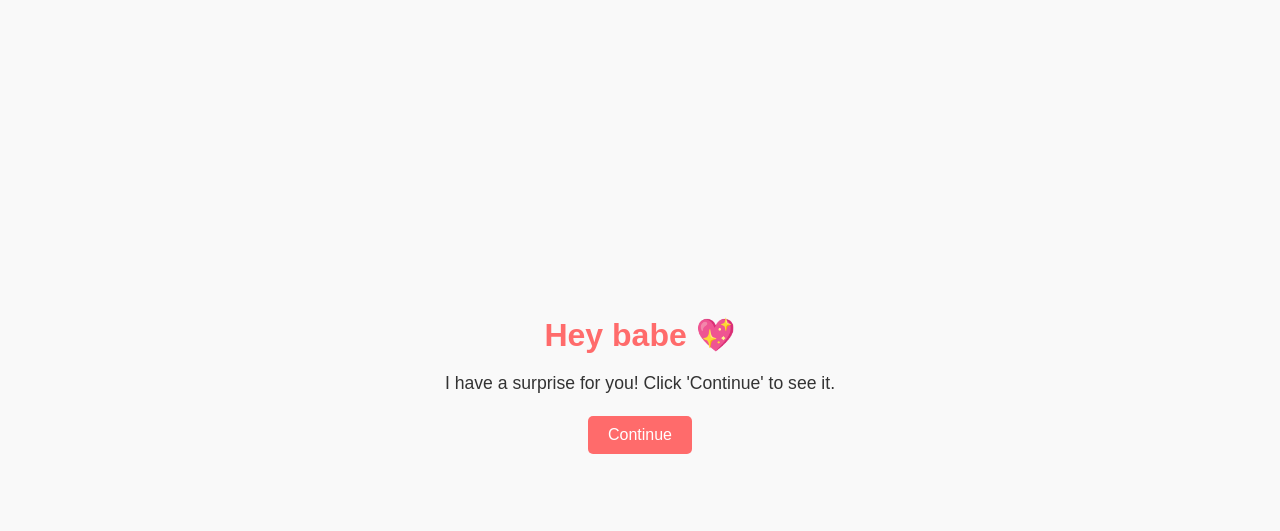
Repository: makanda596/s
Page: /
An editor plug-in stored every save of this project. The page is shown before and after the next save, followed by the edit.
The browser window is 1280 px wide. The pictures show the whole page.
The project was rebuilt for these pictures with package versions that can differ from the ones it lists, and the page was loaded fresh each time. Also part of the build but not shown: src/Gift.js, src/Dinner.js, src/Proposal.js.

Above is the page before, as saved 2024-11-13 14:24:22.

After the next save:
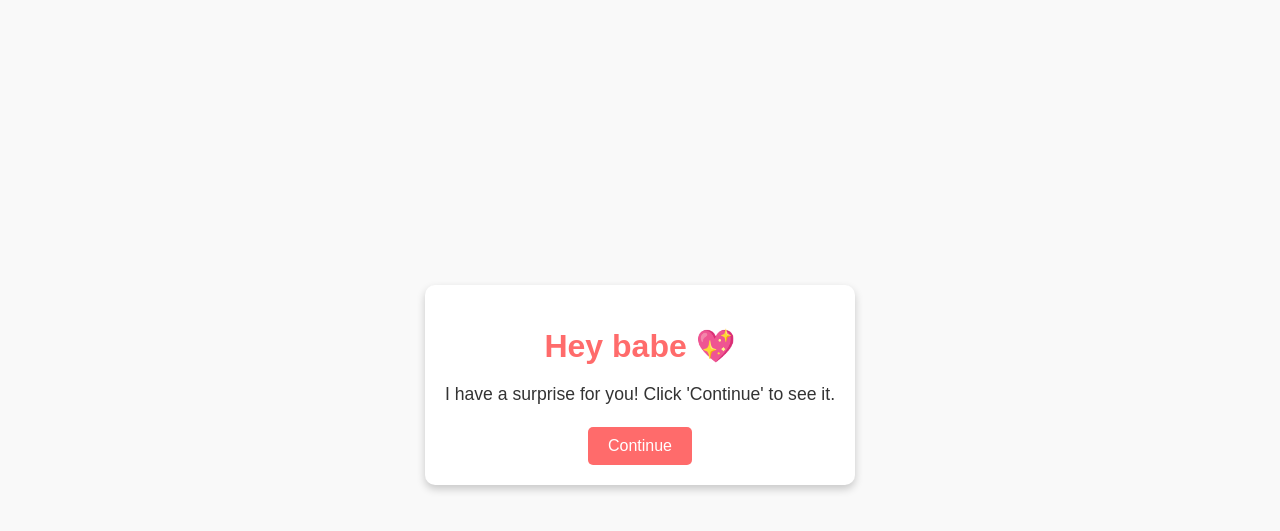
Saved 26 s later.
--- a/src/Home.js
+++ b/src/Home.js
@@ -2,7 +2,7 @@ import React from 'react';
 
 function Home({ nextStep }) {
     return (
-        <div style={{ textAlign: 'center', marginTop: '50px' }}>
+        <div className="container" style={{ textAlign: 'center', marginTop: '50px' }}>
             <h1>Hey babe 💖</h1>
             <p>I have a surprise for you! Click 'Continue' to see it.</p>
             <button onClick={nextStep}>Continue</button>
